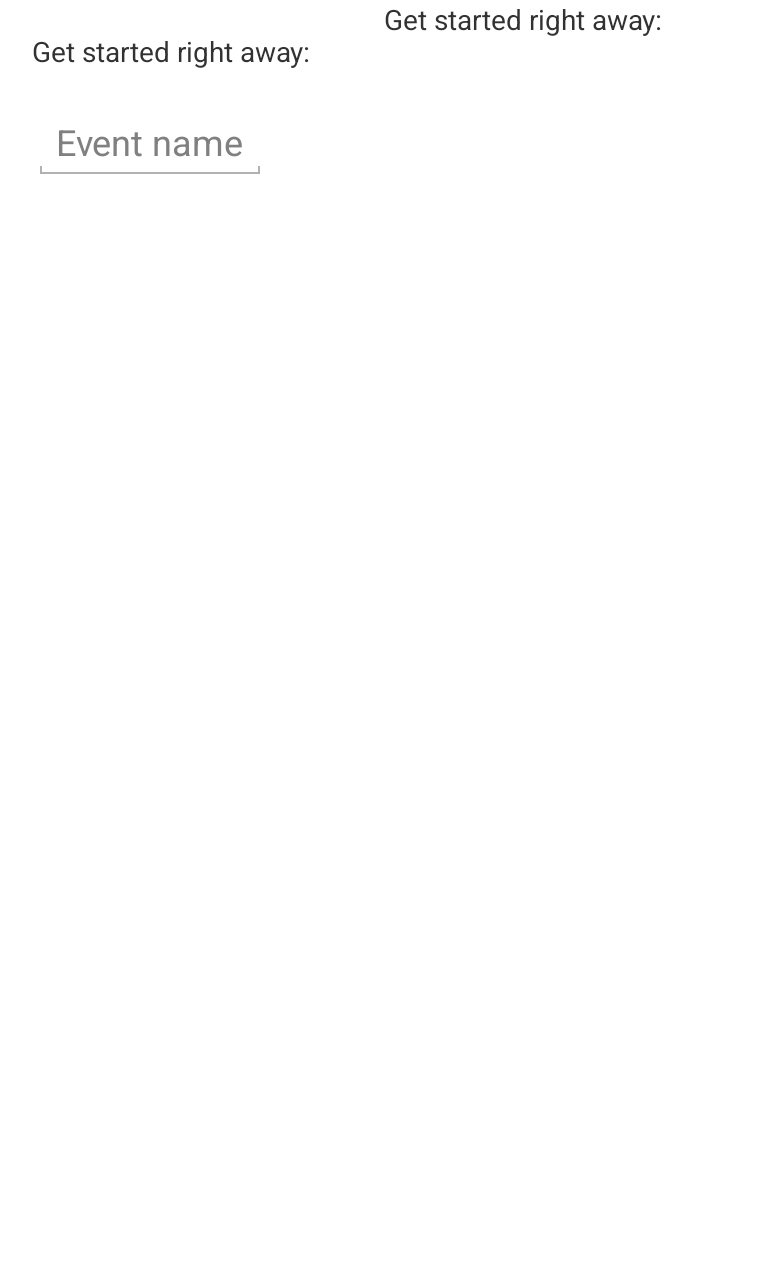
Repository: Raytray/WTFIIMC
Layout: Android/WTFIIMC/res/layout/activity_main.xml
The author's editor kept a copy of each file at every save. The layout is drawn from the files as they stood at one save, then again after the next save.
It is drawn on a 768 x 1280 px phone screen (xhdpi) without system bars, with theme AppTheme; the app's code is not run.

Above is the layout before, as saved 2013-10-28 02:07:46.

After the next save:
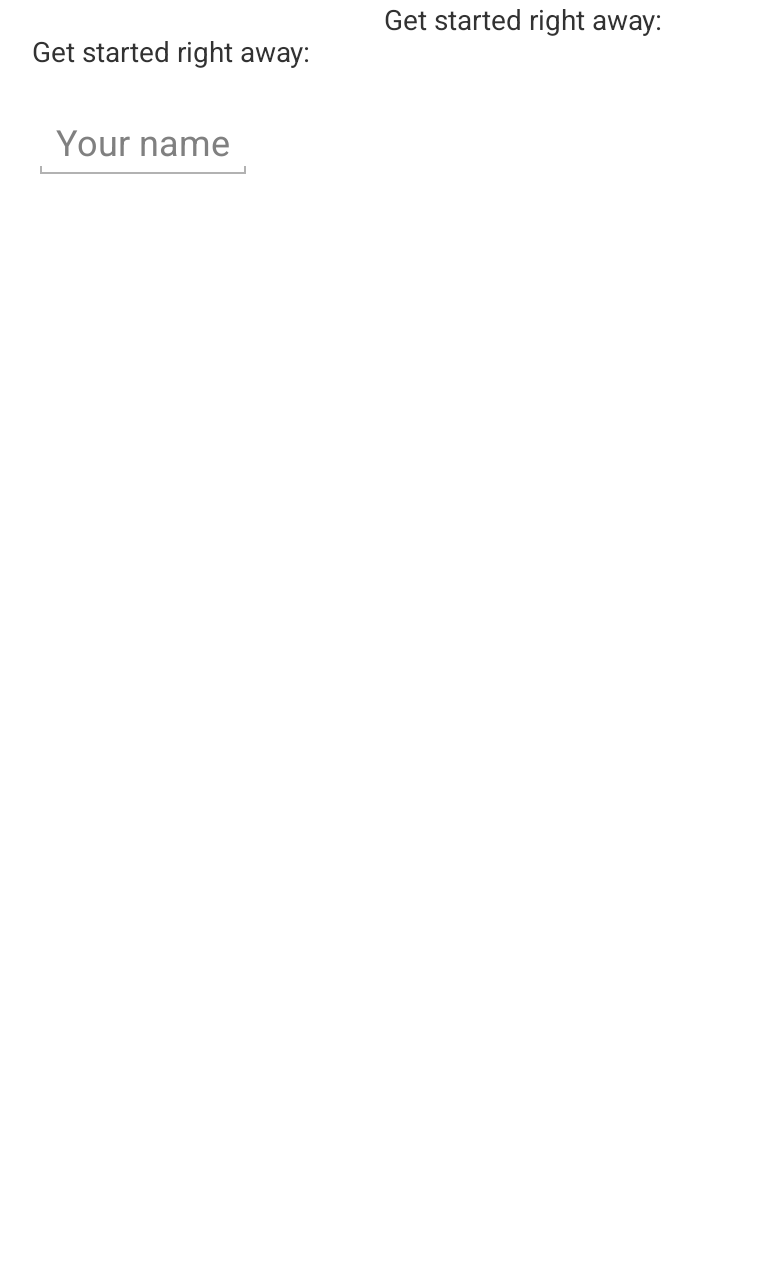
Saved 4 s later.
--- a/Android/WTFIIMC/res/layout/activity_main.xml
+++ b/Android/WTFIIMC/res/layout/activity_main.xml
@@ -25,7 +25,9 @@
 				<EditText android:id="@+id/event_name"
 			        android:layout_width="wrap_content"
 			        android:layout_height="wrap_content"
-			        android:hint="@string/prompt_event_name" />
+			        android:hint="@string/prompt_event_name"
+			        android:hint="@string/prompt_owner_name"/>
+
 
 			</LinearLayout>
 		</FrameLayout>
